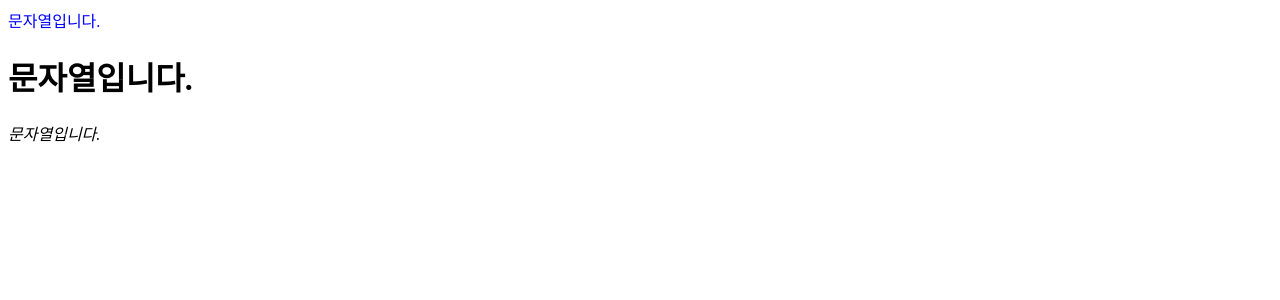
Repository: chanjin5212/Full-Stack-study
Page: client/ClientTest/src/main/webapp/html/ex03_basic.html
These files come from the project's save history. The page is drawn as it stood at one moment and after the next save; the edit follows.
The browser window is 1280 px wide. The pictures show the whole page.

Above is the page before, as saved 2022-05-23 05:44:52.

After the next save:
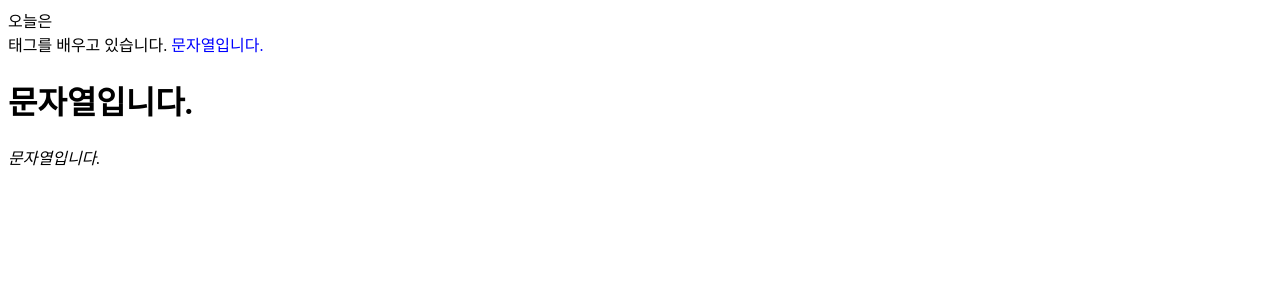
Saved 19 min 45 s later.
--- a/client/ClientTest/src/main/webapp/html/ex03_basic.html
+++ b/client/ClientTest/src/main/webapp/html/ex03_basic.html
@@ -57,14 +57,31 @@
 		2. 속성(Attribute)
 		- 태그의 성질을 정의하는 요소
 		- 태그가 가지는 데이터의 한 종류
+		- 용도: 태그의 성질을 지정하는 데이터
+		- 표기법
+			a. <시작태그 속성명="값"></끝태그>
+			   <시작태그 속석명="값" 속성명="값" 속성명="값"></끝태그>
+			b. <단독태그 속섬영="값">
 
+			c. <시작태그 속성명="값"></끝태그> : 사용O
+			d. <시작태그 속성명='값'></끝태그> : 사용O
+			e. <시작태그 속성명=값></끝태그>   : 절대사용X
 
 
 		3. 텍스트(PCDATA)
 		- 태그가 가지는 데이터의 한 종류
 		- 용도: 화면에 출력하는 데이터
+		- Parsed Character Data > 브라우저 해석하는 영역의 문자열
+
+
+		4. 엔티티(Entity)
+		- 브라우저와 정해진 약속이 되어있는 표현 > 약속된 표현을 작성하면 브라우저가 화면에 출력하기 전에 약속된 출력으로 바꿔서 출력한다.
+		- &엔티티명;
+		- &nbsp;
 
 	 -->
+
+	 오늘은 <br>태그를 배우고 있습니다.
 
 	 <font color="blue" face="궁서체">문자열입니다.</font>
 
